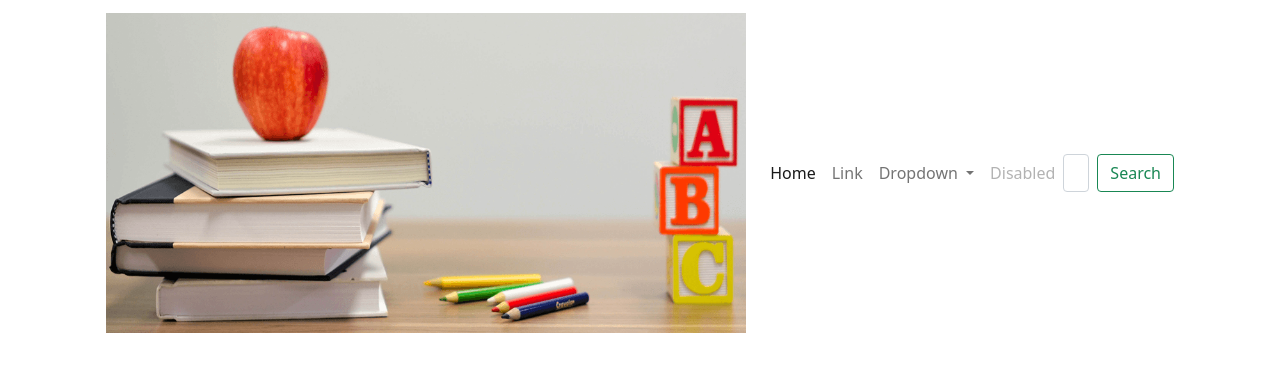
Repository: zjria/Figma-to-E-school
Page: index.html
The author's editor kept a copy of each file at every save. The page is drawn from the files as they stood at one save, then again after the next save.
The browser window is 1280 px wide. The pictures show the whole page.
Some web libraries are served in a nearby version.

Above is the page before, as saved 2022-05-06 08:49:44.

After the next save:
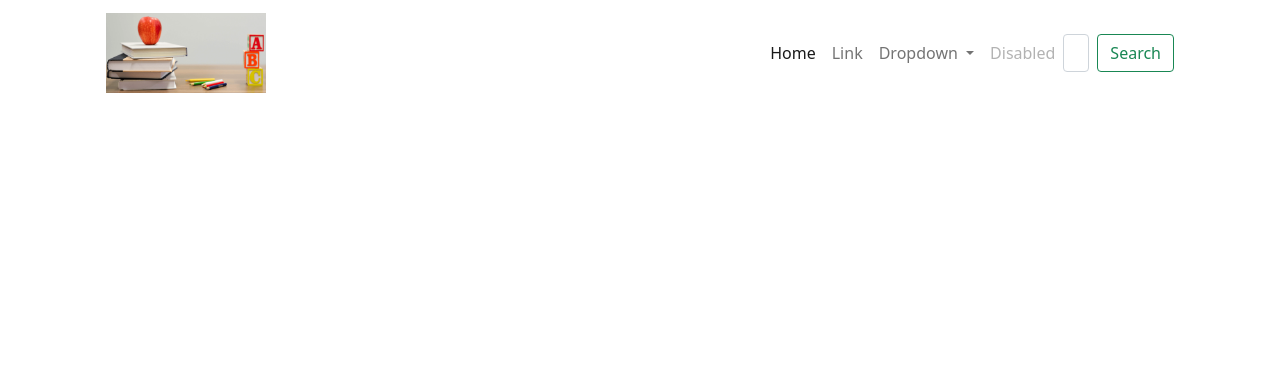
Saved 17 s later.
--- a/index.html
+++ b/index.html
@@ -22,7 +22,7 @@
             <div class="row">
                 <nav class="navbar navbar-expand-md navbar-light">
                     <div class="container-fluid">
-                      <a class="navbar-brand" href="#"><img class="img-fluid" src="images/logo.png" alt=""></a>
+                      <a class="navbar-brand" href="#"><img class="img-fluid w-25" src="images/logo.png" alt=""></a>
                       <button class="navbar-toggler" type="button" data-bs-toggle="collapse" data-bs-target="#navbarSupportedContent" aria-controls="navbarSupportedContent" aria-expanded="false" aria-label="Toggle navigation">
                         <span class="navbar-toggler-icon"></span>
                       </button>
